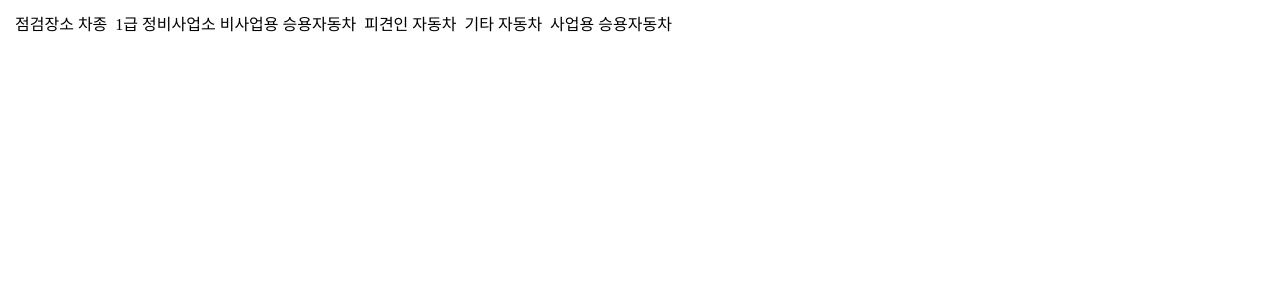
Repository: sungeunbyeol/Nowon-ezen-jsp
Page: test/WebContent/test09.html
An editor plug-in stored every save of this project. The page is shown before and after the next save, followed by the edit.
The browser window is 1280 px wide. The pictures show the whole page.

Above is the page before, as saved 2021-11-02 03:30:21.

After the next save:
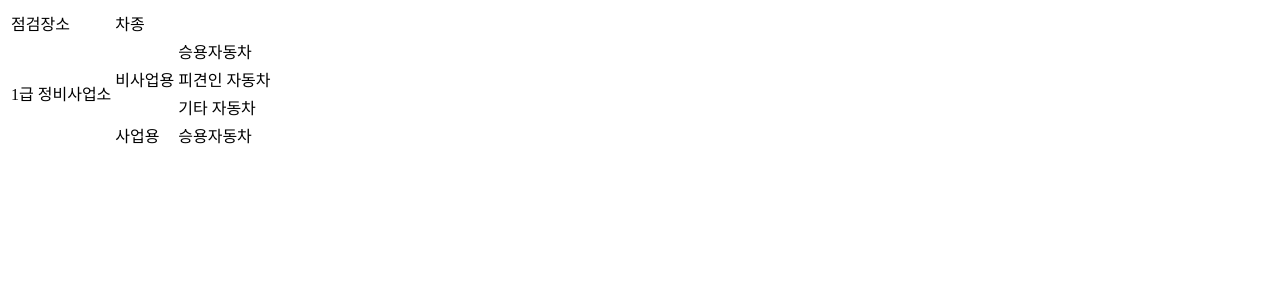
Saved 34 s later.
--- a/test/WebContent/test09.html
+++ b/test/WebContent/test09.html
@@ -6,25 +6,26 @@
 </head>
 <body>
 	<table>
-		<th>
+		<tr>
 			<td>점검장소</td>
 			<td>차종</td>
-		</th>
-		<th>
+		</tr>
+		<tr>
 			<td rowspan="7">1급 정비사업소</td>
 			<td rowspan="3">비사업용</td>
 			<td>승용자동차</td>
-		</th>
-		<th>
+		</tr>
+		<tr>
 			<td>피견인 자동차</td>
-		</th>
-		<th>
+		</tr>
+		<tr>
 			<td>기타 자동차</td>
-		</th>
-		<th>
+		</tr>
+		<tr>
 			<td rowspan="4">사업용</td>
 			<td>승용자동차</td>
-		</th>
+		</tr>
+
 	</table>
 </body>
 </html>
